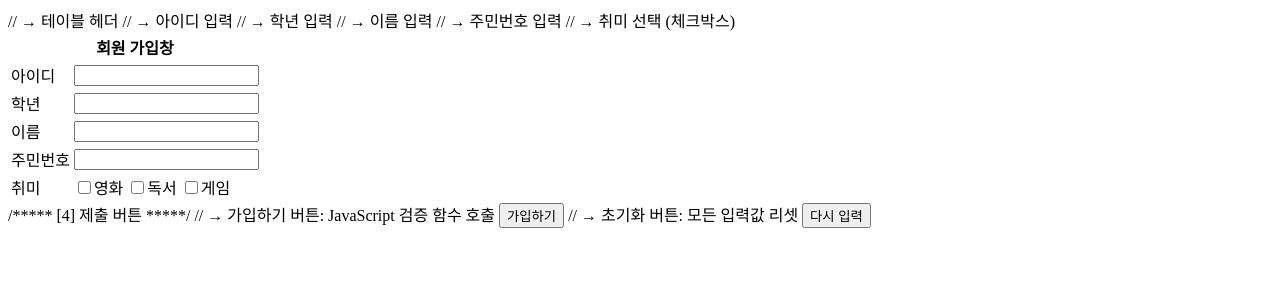
Repository: jrkim-kr/java-web-development
Page: http://localhost/test/WEB-INF/views/student/write.jsp
These files come from the project's save history. The page is drawn as it stood at one moment and after the next save; the edit follows.
The browser window is 1280 px wide. The pictures show the whole page.
The page is served by Tomcat 9. Nobody is signed in. Other server files are loaded and not shown. The template is opened directly, without the code that normally fills it, so the values that code supplies are empty.

Above is the page before, as saved 2024-12-03 07:35:31.

### workspace_sts/test/src/main/webapp/WEB-INF/views/student/write.jsp
<!-- ================================================
* [2] write.jsp (학생 등록 폼)
*================================================ -->

<!-- [1] JSP 기본 설정 -->
<%@ page language="java" contentType="text/html; charset=UTF-8" pageEncoding="UTF-8"%>
<!-- → 한글 처리를 위한 UTF-8 인코딩 설정 -->

<!-- [2] JavaScript 폼 검증 함수 -->
<script>
   function fn_sendMember() {
       // → 폼 객체와 입력값 가져오기
       var frmMember = document.frmMember;
       var id = frmMember.id.value;
       var name = frmMember.name.value;

       // → 아이디 필수 입력 검사
       if (id.trim() == '') {
           alert('아이디는 필수입니다.');
           document.querySelector("input[name='id']").focus();
           return;
       }

       // → 이름 필수 입력 검사
       if (name.length == 0 || name == '') {
           alert('이름은 필수입니다.');
           return;
       }

       // → 검증 통과 시 폼 제출
       frmMember.method = 'post';         // POST 방식 설정
       frmMember.action = 'regist.do';    // 제출할 URL 설정
       frmMember.submit();                // 폼 제출
   }
</script>

<body>
<!-- [3] HTML 폼 구조 -->
<form name="frmMember">
   <table>
       // → 테이블 헤더
       <tr><th colspan="2">회원 가입창</th></tr>

       // → 아이디 입력
       <tr>
           <td>아이디</td>
           <td><input type="text" name="id"></td>
       </tr>

       // → 학년 입력
       <tr>
           <td>학년</td>
           <td><input type="text" name="grade"></td>
       </tr>

       // → 이름 입력
       <tr>
           <td>이름</td>
           <td><input type="text" name="name"></td>
       </tr>

       // → 주민번호 입력
       <tr>
           <td>주민번호</td>
           <td><input type="text" name="jumin"></td>
       </tr>

       // → 취미 선택 (체크박스)
       <tr>
           <td>취미</td>
           <td>
               <input type="checkbox" name="hobbyName" value="영화">영화
               <input type="checkbox" name="hobbyName" value="독서">독서
               <input type="checkbox" name="hobbyName" value="게임">게임
           </td>
       </tr>
   </table>

   /***** [4] 제출 버튼 *****/
   // → 가입하기 버튼: JavaScript 검증 함수 호출
   <input type="button" value="가입하기" onclick="fn_sendMember()">
   // → 초기화 버튼: 모든 입력값 리셋
   <input type="reset" value="다시 입력">
</form>
</body>

After the next save:
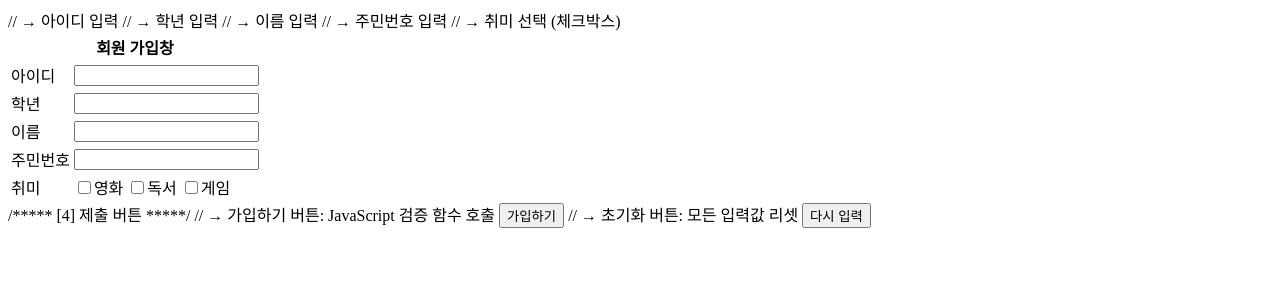
Saved 8 s later.
--- a/workspace_sts/test/src/main/webapp/WEB-INF/views/student/write.jsp
+++ b/workspace_sts/test/src/main/webapp/WEB-INF/views/student/write.jsp
@@ -38,7 +38,7 @@
 <!-- [3] HTML 폼 구조 -->
 <form name="frmMember">
    <table>
-       // → 테이블 헤더
+       <!-- → 테이블 헤더 -->
        <tr><th colspan="2">회원 가입창</th></tr>
 
        // → 아이디 입력
